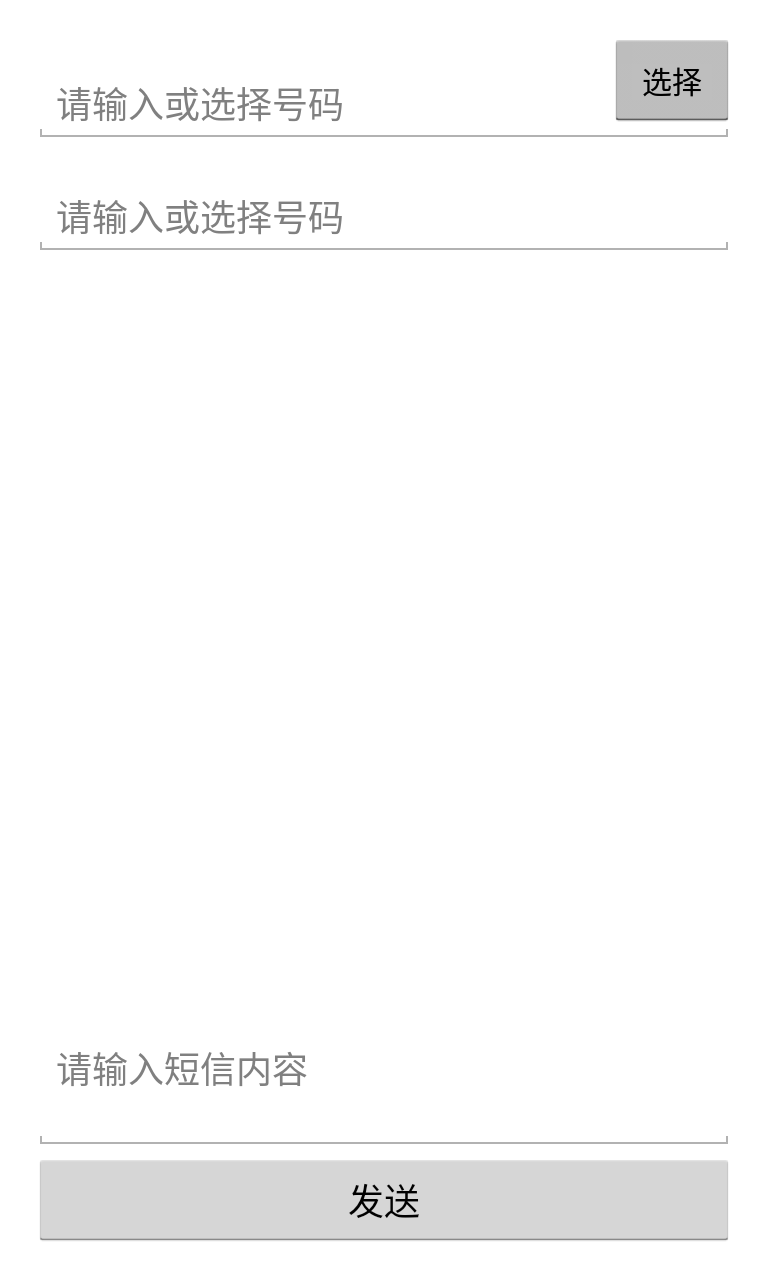
Repository: DongHuaLu/android
Layout: 26SmsSernder/res/layout/activity_main.xml
These files come from the project's save history. The layout is drawn as it stood at one moment and after the next save; the edit follows.
It is drawn on a 768 x 1280 px phone screen (xhdpi) without system bars, with theme AppTheme; the app's code is not run.

Above is the layout before, as saved 2013-08-29 06:17:45.

After the next save:
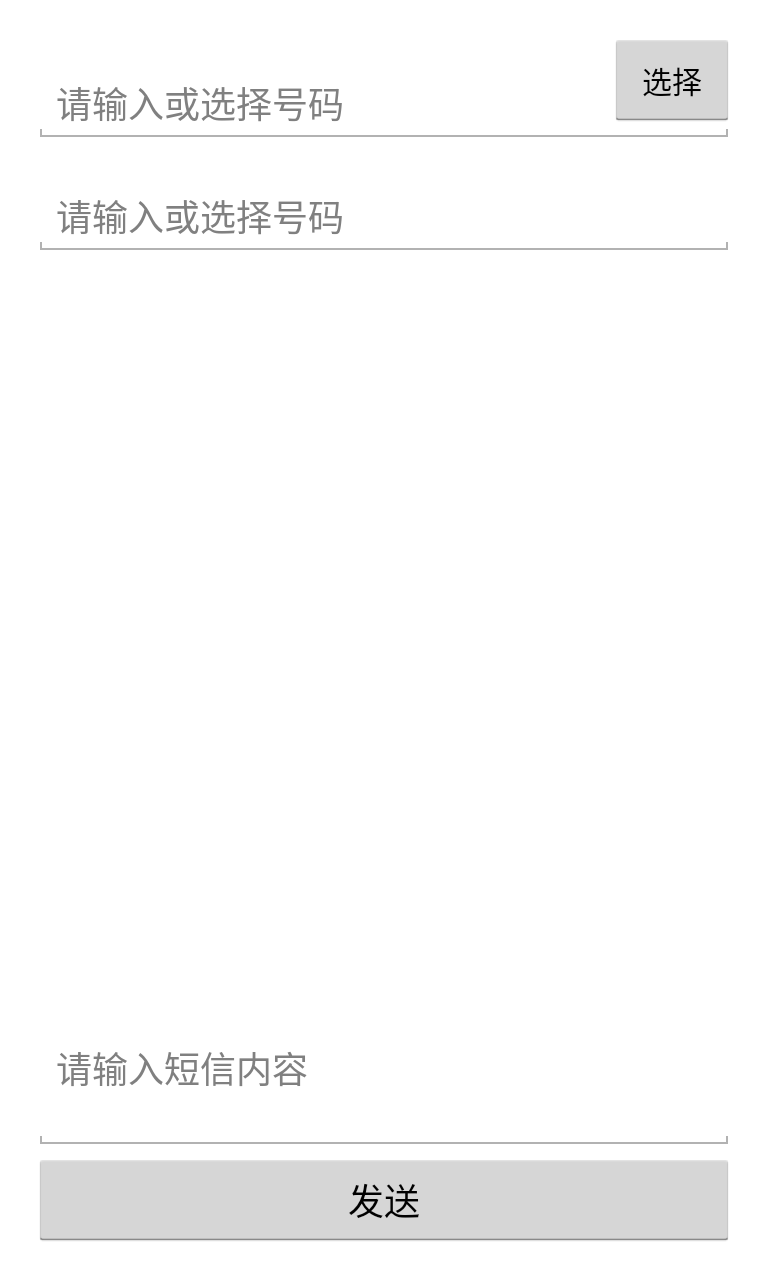
Saved 36 s later.
--- a/26SmsSernder/res/layout/activity_main.xml
+++ b/26SmsSernder/res/layout/activity_main.xml
@@ -41,6 +41,7 @@
             android:layout_width="wrap_content"
             android:layout_height="wrap_content"
             android:layout_alignParentRight="true"
+            android:layout_toRightOf="@id/etPhoneNumber2"
             android:onClick="select2"
             android:text="选择"
             android:textSize="15sp" >

After the save that followed:
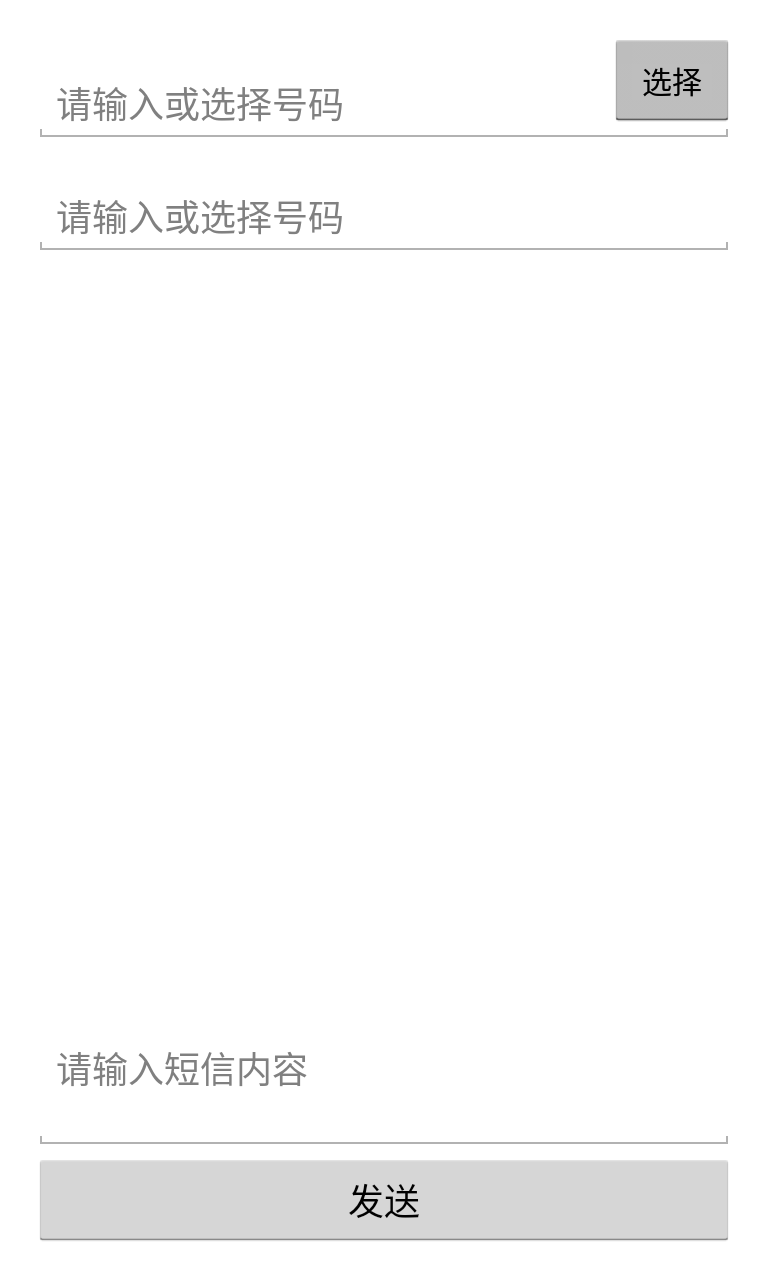
Saved 17 s later.
--- a/26SmsSernder/res/layout/activity_main.xml
+++ b/26SmsSernder/res/layout/activity_main.xml
@@ -41,7 +41,7 @@
             android:layout_width="wrap_content"
             android:layout_height="wrap_content"
             android:layout_alignParentRight="true"
-            android:layout_toRightOf="@id/etPhoneNumber2"
+            android:layout_alignRight="@id/etPhoneNumber2"
             android:onClick="select2"
             android:text="选择"
             android:textSize="15sp" >
